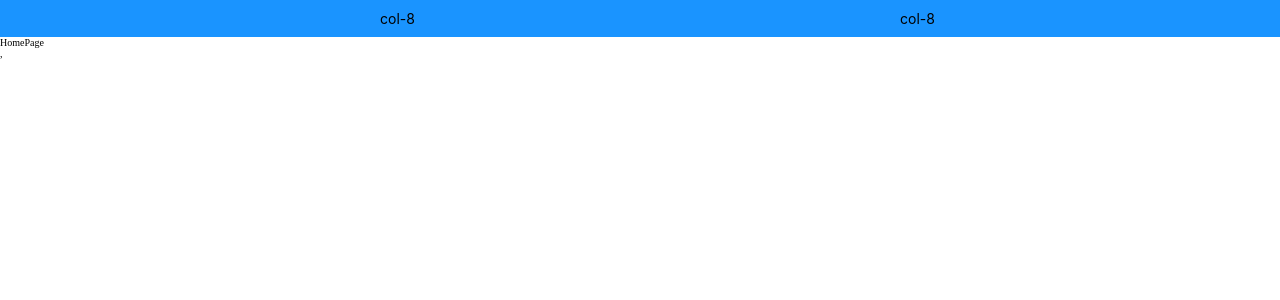
Repository: NgoThanhTung-2002/Youtube_Project
Page: /
The author's editor kept a copy of each file at every save. The page is drawn from the files as they stood at one save, then again after the next save.
The browser window is 1280 px wide. The pictures show the whole page.
The project was rebuilt for these pictures with package versions that can differ from the ones it lists, and the page was loaded fresh each time. Also part of the build but not shown: src/pages/NotFoundPage/NotFoundPage.jsx. Imported but missing from the stored project, and not drawn on this page: src/pages/OrderPage/OrderPage, src/pages/ProductsPage/ProductsPage.

Above is the page before, as saved 2023-09-26 11:58:33.

After the next save:
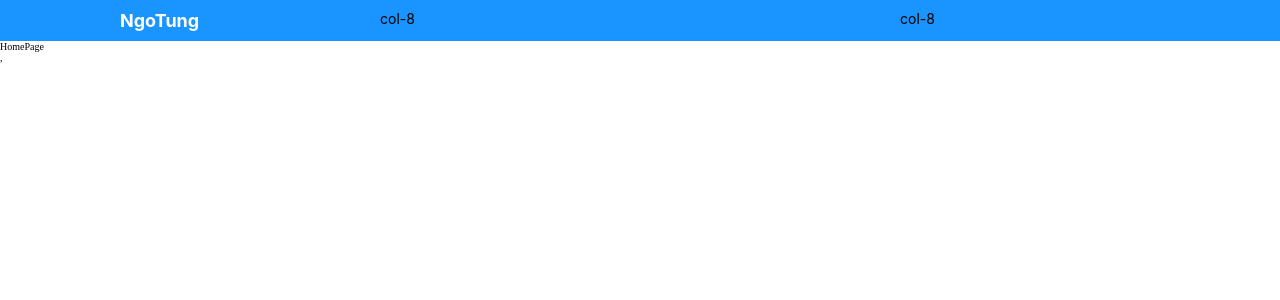
Saved 4 s later.
--- a/src/components/HeaderComponent/HeaderComponent.jsx
+++ b/src/components/HeaderComponent/HeaderComponent.jsx
@@ -7,7 +7,7 @@ const HeaderComponent = () => {
     <div>
       <WrapperHeader>
         <Col span={6}>
-            <WrapperTextHeader></WrapperTextHeader>
+            <WrapperTextHeader>NgoTung</WrapperTextHeader>
         </Col>
         <Col span={12}>col-8</Col>
         <Col span={6}>
